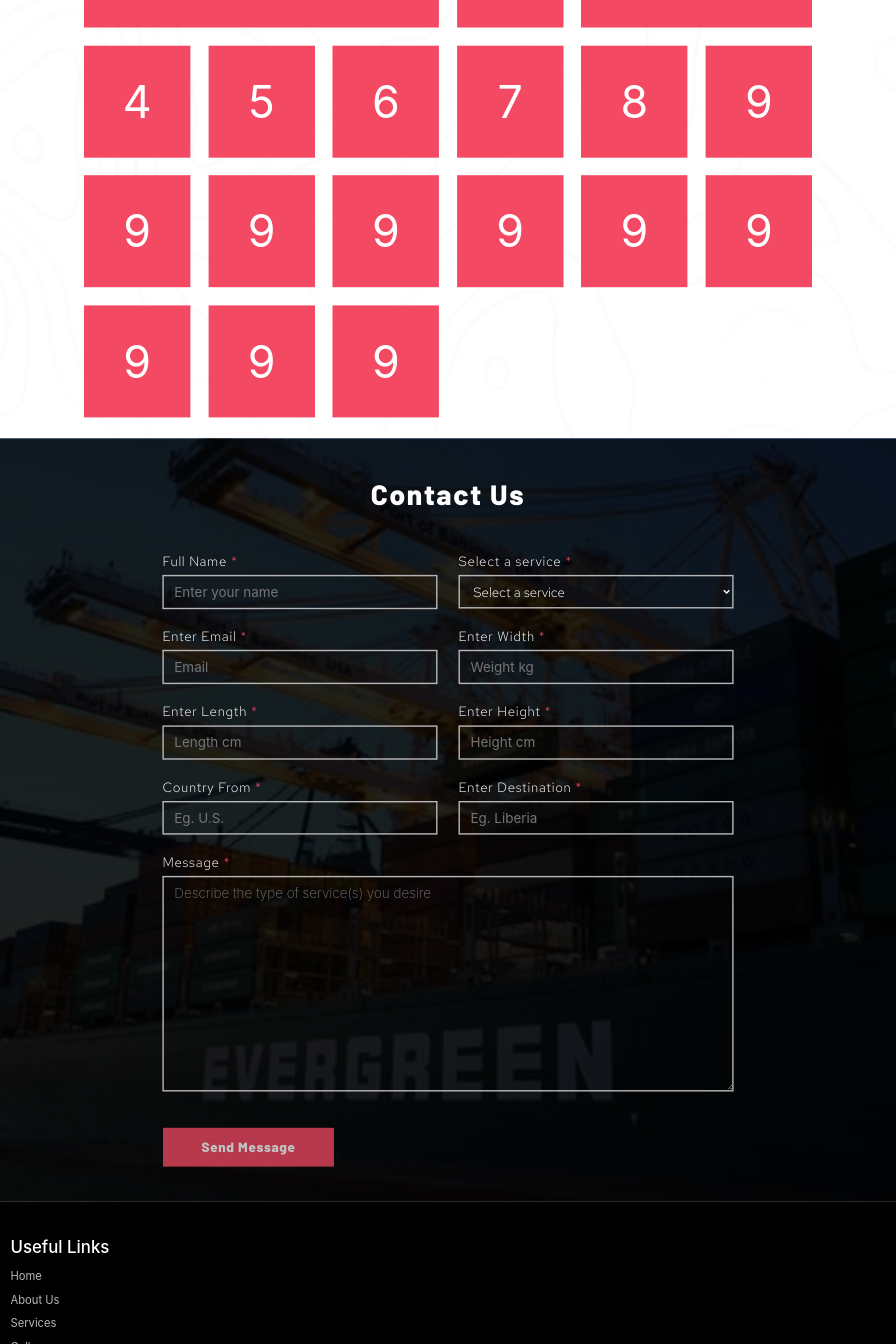
Repository: just-mann/express-delivery
Page: index.html
These files come from the project's save history. The page is drawn as it stood at one moment and after the next save; the edit follows.
The browser window is 1280 px wide. The pictures show the part of the page from y = 3026 to 4946 px (the page is 5558 px tall before and 5187 px after), at 70% of full size.
Some web libraries are served in a nearby version. The style sheet was rebuilt from its Sass, Less or Tailwind sources for each picture, by a compiler version that may differ from the author's.

Above is the page before, as saved 2021-07-08 01:51:51.

### index.html
<!DOCTYPE html>
<html lang="en">
    <head>
        <meta charset="UTF-8">
        <meta http-equiv="X-UA-Compatible" content="IE=edge">
        <meta name="viewport" content="width=device-width, initial-scale=1.0">
        <meta name="author" content="Justin Kollie">
        <meta name="description" content="Reliable shipping solutions across the U.S.">
        <link rel="stylesheet" href="/css/style.css">
        <link rel="stylesheet" href="https://unpkg.com/aos@next/dist/aos.css" />
        <link rel="stylesheet" href="https://cdnjs.cloudflare.com/ajax/libs/font-awesome/5.15.3/css/all.min.css" referrerpolicy="no-referrer" />
        <script src="https://ajax.googleapis.com/ajax/libs/jquery/2.1.1/jquery.min.js"></script>
        <title>Express Delivery | Your Trusted Delivery System</title>
    </head>
    <body id="top">
        <div id="preloader" class="preloader">
            <div class="spinner-border" role="status">
                <span class="sr-only"></span>
            </div>
        </div>
        <header>
            <div class="top-section">
                <div>
                    <p><i class="fas fa-headphones"></i> 401 123 4567</p>
                    <p class="emailAdd"><i class="fas fa-envelope"></i> expressdelivery@email.com</p>
                    <p><i class="fas fa-map-marker-alt"></i> Providence, RI</p>
                </div>
            </div>
            <nav>
                <a href="#" class="logo"><span>Express</span>Delivery</a>
                <div class="nav__links">
                    <a href="#">Home</a>
                    <a href="#services">Services</a>
                    <a href="#aboutUs">About</a>
                    <a href="#gallery">Gallery</a>
                    <a class="quoteGet" href="#contact-us">Contact</a>
                </div>
                <i class="fas fa-bars menuBars"></i>
            </nav>
            <div class="side__nav__links">
                <i class="fas fa-times closeBtn"></i>
                <a href="#" class="homeBtn">Home</a>
                <a href="#services" class="servicesBtn">Services</a>
                <a href="#aboutUs" class="aboutBtn">About</a>
                <a href="#gallery">Gallery</a>
                <a class="quoteGet" href="#contact-us">Contact</a>
            </div>
            <section class="hero__div mb-3">
                <div class="hero__section">
                    <div class="hero__overlay">
                        <h2>Express Delivery</h2>
                        <p class="firstPara">
                            Lorem ipsum dolor sit amet, consectetur
                            adipisicing elit. Quam cupiditate aliquam
                            mollitia perferendis? Dignissimos, ad?
                        </p>
                        <!-- <p class="secondPara">Lorem ipsum dolor sit amet.</p> -->
                        <a href="#services">Learn More</a>
                    </div>
                </div>
            </section>
        </header>
        <section class="product__description my-2" id="services">
            <h1>What We Offer</h1>
            <div class="servDiv">
                <div class="servCard my-4">
                    <div class="detDiv pl-0">
                        <h3>Delivery</h3>
                        <p>Lorem ipsum dolor sit amet consectetur,
                            adipisicing elit. Sunt repellat dignissimos
                            tempora velit magnam, fuga nam quasi impedit
                            cum temporibus quod nihil sapiente! </p>
                        <a href="#contact-us">Take me there</a>
                    </div>
                    <div class="imgDiv">
                        <img src="/images/boxes.jpg" alt="boxes">
                    </div>
                </div>
                <div class="servCard my-4">
                    <div class="imgDiv order">
                        <img src="/images/container_ship.jpg" alt="container">
                    </div>
                    <div class="detDiv">
                        <h3 class="mb-3">Shipping</h3>
                        <p>
                            Lorem ipsum dolor sit amet consectetur, adipisicing elit.
                            Sunt repellat dignissimos tempora velit magnam, fuga nam quasi
                            impedit cum temporibus quod nihil sapiente!
                        </p>
                        <a href="#contact-us">Take me there</a>
                    </div>
                </div>
                <div class="servCard my-4">
                    <div class="detDiv pl-0">
                        <h3 class="mb-sm-3 mb-xs-3">Heading</h3>
                        <p>
                            Lorem ipsum dolor sit amet consectetur, adipisicing elit.
                            Sunt repellat dignissimos tempora velit magnam, fuga nam quasi
                            impedit cum temporibus quod nihil sapiente!
                        </p>
                        <a href="#contact-us">Take me there</a>
                    </div>
                    <div class="imgDiv">
                        <img src="/images/container__contact.jpg" alt="shipping">
                    </div>
                </div>
            </div>
        </section>
        <section class="aboutUs" id="aboutUs">
            <h1>About Us</h1>
            <p class="par">
                Lorem ipsum dolor sit amet consectetur adipisicing elit.
                Repellat consectetur alias sed dolores aspernatur asperiores!
            </p>
            <div class="about__div">
                <div class="cardDiv my-2">
                    <div class="imgDiv">
                        <img src="/images/shipping.jpg" alt="img1">
                    </div>
                    <div class="desDiv">
                        <h2>5+ Years</h2>
                        <p>
                            Lorem ipsum dolor sit amet, consectetur
                            adipisicing elit. Explicabo laboriosam.
                        </p>
                        <h2>2+ Years</h2>
                        <p>
                            Lorem ipsum dolor sit amet, consectetur
                            adipisicing elit. Explicabo laboriosam.
                        </p>
                        <h2>4+ Years</h2>
                        <p>
                            Lorem ipsum dolor sit amet, consectetur
                            adipisicing elit. Explicabo laboriosam.
                        </p>
                    </div>
                </div>
            </div>
        </section>
        <section class="gallery" id="gallery">
            <h3>Express Delivery Gallery</h3>
            <div class="gallery__div">
                <div>1</div>
                <div>2</div>
                <div>3</div>
                <div>4</div>
                <div>5</div>
                <div>6</div>
                <div>7</div>
                <div>8</div>
                <div>9</div>
                <div>9</div>
                <div>9</div>
                <div>9</div>
                <div>9</div>
                <div>9</div>
                <div>9</div>
                <div>9</div>
                <div>9</div>
                <div>9</div>
            </div>
        </section>
        <section class="contact" id="contact-us">
            <div class="contact__overlay px-0">
                <h3>Contact Us</h3>
                <form action="">
                    <div class="row w-100 mx-0 px-0">
                        <div class="col-lg-6">
                            <label for="fullName">Full Name</label>
                            <input type="text" name="fullName" id="fullName" class="w-100" placeholder="Enter your name"></input>
                        </div>
                        <div class="col-lg-6">
                            <label for="service-required">Select a service</label>
                            <select name="service-required" id="serviceRequired" class="w-100">
                                <option value="service1">Select a service</option>
                                <option value="service1">Service 1</option>
                                <option value="service2">Service 2</option>
                                <option value="service3">Service 3</option>
                                <option value="service4">Service 4</option>
                            </select>
                        </div>
                    </div>
                    <div class="row w-100 mx-0 px-0">
                        <div class="emailDiv col-lg-6">
                            <label for="email">Enter Email</label>
                            <input type="email" name="email" id="email" placeholder="Email">
                        </div>
                        <div class="weightDiv col-lg-6">
                            <label for="weight">Enter Width</label>
                            <input type="number" name="weight" id="weight" placeholder="Weight kg">
                        </div>
                    </div>
                    <div class="row w-100 mx-0 px-0">
                        <di class="lengthDiv  col-lg-6">
                            <label for="length">Enter Length</label>
                            <input type="number" placeholder="Length cm">
                        </di w-100v>
                        <div class="heightDiv col-lg-6">
                            <label for="height">Enter Height</label>
                            <input type="number" placeholder="Height cm">
                        </div>
                    </div>
                    <div class="row w-100 mx-0 px-0">
                        <div class="countryFromDiv col-lg-6">
                            <label for="from">Country From</label>
                            <input type="text" name="country-from" id="country-from" placeholder="Eg. U.S.">
                        </div>
                        <div class="countryToDiv col-lg-6">
                            <label for="fname">Enter Destination</label>
                            <input type="text" name="country-to" id="country-to" placeholder="Eg. Liberia">
                        </div>
                    </div>
                    <div class="row w-100 mx-0 px-0">
                        <div class="col-lg-12 w-100">
                            <label for="message">Message</label>
                            <textarea name="message" id="message" cols="30" rows="10" class="w-100" placeholder="Describe the type of service(s) you desire"></textarea>
                        </div>
                    </div>
                    <div class="p-3">
                        <input type="submit" value="Send Message">
                    </div>
                </form>
            </div>
        </section>
        <section class="footer">
            <div class="top__section">

                <div class="usefulLinks">
                    <h4>Useful Links</h4>
                    <a href="#">Home</a>
                    <a href="#aboutUs">About Us</a>
                    <a href="#services">Services</a>
                    <a href="#gallery">Gallery</a>
                    <a href="#contact-us">Contact</a>
                </div>

                <div class="usefulLinks">
                    <h4>Useful Links</h4>
                    <a href="#">Home</a>
                    <a href="#aboutUs">About Us</a>
                    <a href="#services">Services</a>
                    <a href="#gallery">Gallery</a>
                    <a href="#contact-us">Contact</a>
                </div>

                <div class="usefulLinks">
                    <h4>Useful Links</h4>
                    <a href="#">Home</a>
                    <a href="#aboutUs">About Us</a>
                    <a href="#services">Services</a>
                    <a href="#gallery">Gallery</a>
                    <a href="#contact-us">Contact</a>
                </div>
            </div>
        </section>
        <div class="bottom__section">
            <p><span>Express</span>Delivery &copy <span class="currentYear"></span></p>
        </div>
        <span class="page__up__arrow"><i class="fas fa-level-up-alt"></i></span>
        <!-- Optional JS -->
        <script src="/JS/script.js"></script>
        <!-- Bootstrap Slider -->
        <script src="https://cdnjs.cloudflare.com/ajax/libs/bootstrap-slider/11.0.2/bootstrap-slider.min.js" integrity="sha512-f0VlzJbcEB6KiW8ZVtL+5HWPDyW1+nJEjguZ5IVnSQkvZbwBt2RfCBY0CBO1PsMAqxxrG4Di6TfsCPP3ZRwKpA==" crossorigin="anonymous" referrerpolicy="no-referrer"></script>
        <!-- Bootstrap -->
        <!-- Latest compiled and minified CSS -->
        <link rel="stylesheet" href="https://maxcdn.bootstrapcdn.com/bootstrap/4.5.2/css/bootstrap.min.css">

        <!-- jQuery library -->
        <script src="https://ajax.googleapis.com/ajax/libs/jquery/3.5.1/jquery.min.js"></script>

        <!-- Popper JS -->
        <script src="https://cdnjs.cloudflare.com/ajax/libs/popper.js/1.16.0/umd/popper.min.js"></script>

        <!-- Latest compiled JavaScript -->
        <script src="https://maxcdn.bootstrapcdn.com/bootstrap/4.5.2/js/bootstrap.min.js"></script>
        <!-- JQuery -->
        <script src="https://cdnjs.cloudflare.com/ajax/libs/jquery/3.6.0/jquery.min.js" referrerpolicy="no-referrer"></script>
        <script src="https://unpkg.com/aos@next/dist/aos.js"></script>
    <script>
        AOS.init({
            delay: 50,
            easing: 'ease-in-out',
            offset: 400,
            duration: 300,
        });
    </script>
    </body>
</html>

### Sass/default__styles.scss
// Google Fonts
@import url('https://fonts.googleapis.com/css2?family=Abel&family=Dancing+Script:wght@300&family=Fredoka+One&family=Permanent+Marker&family=Red+Hat+Text:wght@300&family=Roboto:wght@100&family=Sacramento&display=swap');

// Barlow Font ===> Google Fonts
@import url('https://fonts.googleapis.com/css2?family=Barlow:wght@800&display=swap');



// Styles for items like buttons, links, lists, and colors, fonts, etc..

// Variables
$primary__color: #F34963;
$secondary__color: #560c88;
$light__white: #ffffff;
$dark__white: #b8b7b7;
$primary__font: 'Permanent Marker', cursive;
$secondary__font: 'Barlow';
$third__font: 'Red Hat Text', sans-serif;
$text__font: 'Roboto', sans-serif;








html {
    scroll-behavior: smooth;
}

a {
    text-decoration: none;
}

ul, li {
    list-style: none;
}

### Sass/responsive.scss
// @include responsive;

Loaded but not shown: Sass/reset.scss (common file); JS/script.js (65 lines, source omitted); Sass/style.scss (596 lines, source omitted); Sass/mixins.scss (402 lines, source omitted)

After the next save:
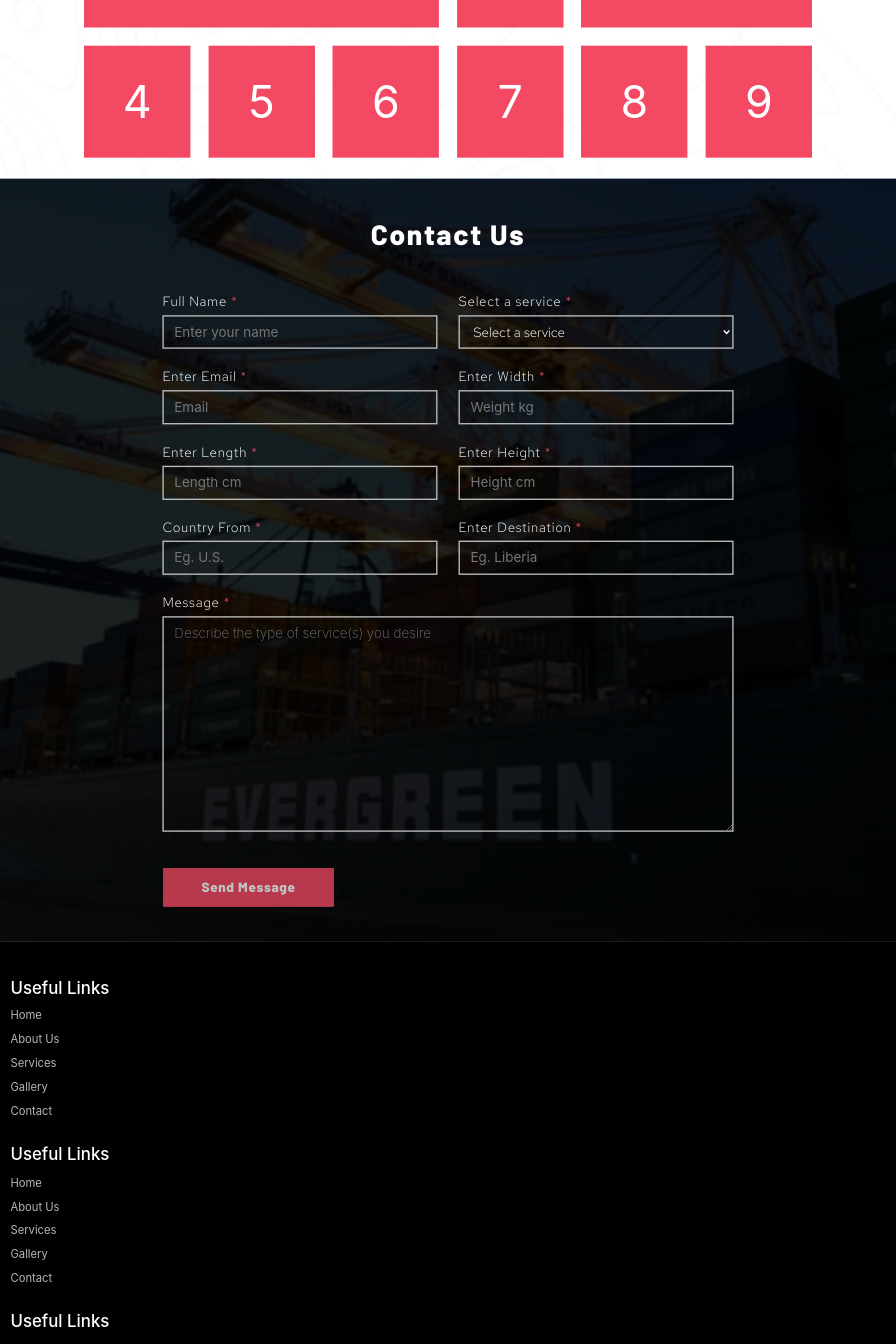
Saved 33 s later.
--- a/index.html
+++ b/index.html
@@ -149,15 +149,6 @@
                 <div>7</div>
                 <div>8</div>
                 <div>9</div>
-                <div>9</div>
-                <div>9</div>
-                <div>9</div>
-                <div>9</div>
-                <div>9</div>
-                <div>9</div>
-                <div>9</div>
-                <div>9</div>
-                <div>9</div>
             </div>
         </section>
         <section class="contact" id="contact-us">
